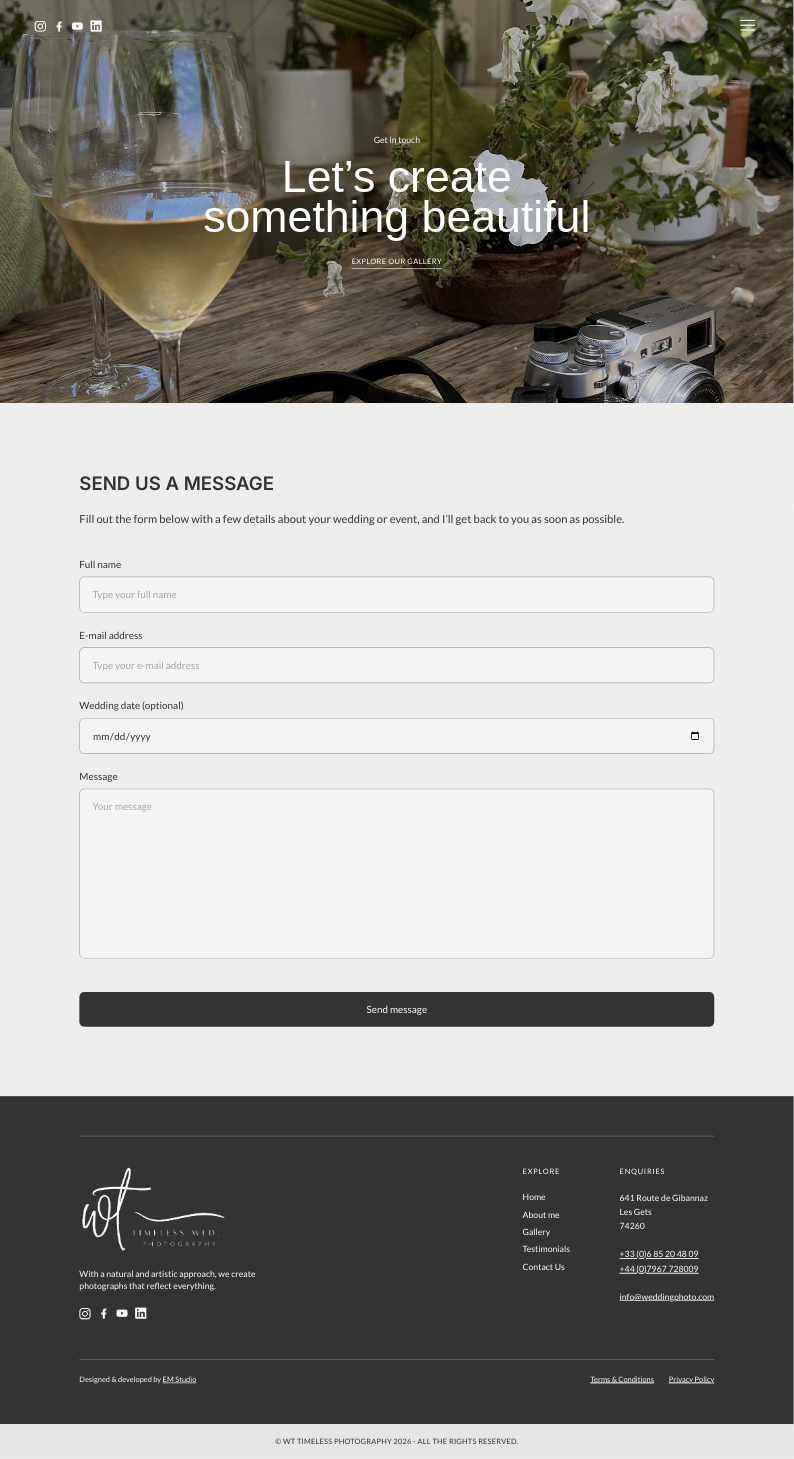
Repository: eduarda-magnago/wt-photography
Page: /contact
These files come from the project's save history. The page is drawn as it stood at one moment and after the next save; the edit follows.
The browser window is 1280 px wide. The pictures show the whole page, at 62% of full size.
Some web fonts or font styles are not loaded; a fallback is used. The project was rebuilt for these pictures with package versions that can differ from the ones it lists, and the page was loaded fresh each time. The framework's server and built-in components were replaced by stand-ins that run in the browser. Also part of the build but not shown: next.config.ts.

Above is the page before, as saved 2026-10-14 12:19:39.

### app/layout.tsx
import type { Metadata } from "next";
import { Inter, Lato, Cormorant_SC } from "next/font/google";
import Header from "@/components/layout/header";
import Footer from "@/components/layout/footer";
import "./globals.css";

const inter = Inter({
  subsets: ["latin"],
  variable: "--font-inter",
});

const lato = Lato({
  subsets: ["latin"],
  weight: ["300", "400", "700"],
  variable: "--font-lato",
});

const cormorant = Cormorant_SC({
  subsets: ["latin"],
  weight: ["300", "400", "500"],
  variable: "--font-cormorant",
});

export const metadata: Metadata = {
  title: "WT Timeless Photography",
  description: "Timeless wedding photography",
};

export default function RootLayout({
  children,
}: {
  children: React.ReactNode;
}) {
  return (
    <html
      lang="en"
      className={`${inter.variable} ${lato.variable} ${cormorant.variable}`}
    >
      <body className="font-sans antialiased">
        <Header />
        <main>{children}</main>
        <Footer />
      </body>
    </html>
  );
}

### app/contact/page.tsx
import Hero from "@/components/hero";
import ContactForm from "@/components/contact/contactForm";

export default function Contact() {
  return (
    <>
      <Hero
        eyebrow="Get in touch"
        title="Let’s create something beautiful"
        image="/img/hero-bg.jpg"
      />
      <section className="bg-sand px-6 py-20 md:px-14 md:py-28">
        <div className="mx-auto max-w-5xl">
          <h2 className="font-heading text-2xl font-semibold uppercase md:text-3xl">
            Send us a message
          </h2>
          <p className="mt-6 text-lg">
            Fill out the form below with a few details about your wedding or
            event, and I’ll get back to you as soon as possible.
          </p>
          <ContactForm />
        </div>
      </section>
    </>
  );
}

### components/layout/header.tsx
"use client";

import { useState } from "react";
import Image from "next/image";
import Link from "next/link";

const navLinks = [
  { label: "Home", href: "/" },
  { label: "About me", href: "/#about" },
  { label: "Gallery", href: "/#gallery" },
  { label: "Testimonials", href: "/#testimonials" },
  { label: "Contact Us", href: "/contact" },
];

export default function Header() {
  const [open, setOpen] = useState(false);

  return (
    <header className="absolute inset-x-0 top-0 z-30">
      <div className="flex items-start justify-between px-6 py-8 md:px-14">
        <ul className="flex items-center gap-3">
          <li>
            <a
              href="#"
              aria-label="Instagram"
              className="relative block h-[19px] w-[18px] transition-opacity hover:opacity-70"
            >
              <Image
                src="/img/instagram.png"
                alt=""
                fill
                sizes="18px"
                className="object-contain"
              />
            </a>
          </li>
          <li>
            <a
              href="#"
              aria-label="Facebook"
              className="relative block h-[18px] w-[18px] transition-opacity hover:opacity-70"
            >
              <Image
                src="/img/facebook.png"
                alt=""
                fill
                sizes="18px"
                className="object-contain"
              />
            </a>
          </li>
          <li>
            <a
              href="#"
              aria-label="YouTube"
              className="relative block h-[18px] w-[18px] transition-opacity hover:opacity-70"
            >
              <Image
                src="/img/youtube.png"
                alt=""
                fill
                sizes="18px"
                className="object-contain"
              />
            </a>
          </li>
          <li>
            <a
              href="#"
              aria-label="LinkedIn"
              className="relative block h-[18px] w-[18px] transition-opacity hover:opacity-70"
            >
              <Image
                src="/img/linkedin.png"
                alt=""
                fill
                sizes="18px"
                className="object-contain"
              />
            </a>
          </li>
        </ul>

        <button
          type="button"
          onClick={() => setOpen(true)}
          aria-label="Open menu"
          className="relative block h-6 w-9 transition-opacity hover:opacity-70"
        >
          <Image
            src="/img/menu.png"
            alt=""
            fill
            sizes="36px"
            className="object-contain"
          />
        </button>
      </div>

      {open && (
        <div className="fixed inset-0 z-40 flex items-center justify-center bg-ink/95">
          <button
            type="button"
            onClick={() => setOpen(false)}
            aria-label="Close menu"
            className="absolute right-6 top-8 text-3xl text-white md:right-14"
          >
            ✕
          </button>
          <nav>
            <ul className="flex flex-col items-center gap-8">
              {navLinks.map((link) => (
                <li key={link.label}>
                  <Link
                    href={link.href}
                    onClick={() => setOpen(false)}
                    className="font-heading text-2xl text-white"
                  >
                    {link.label}
                  </Link>
                </li>
              ))}
            </ul>
          </nav>
        </div>
      )}
    </header>
  );
}

### components/layout/footer.tsx
import Image from "next/image";
import Link from "next/link";

const exploreLinks = [
  { label: "Home", href: "/" },
  { label: "About me", href: "/#about" },
  { label: "Gallery", href: "/#gallery" },
  { label: "Testimonials", href: "/#testimonials" },
  { label: "Contact Us", href: "/contact" },
];

export default function Footer() {
  return (
    <footer>
      <div className="bg-ink px-6 py-16 text-sm text-white md:px-14">
        <div className="mx-auto max-w-5xl">
          <div className="border-t border-white/30 pt-12">
            <div className="grid gap-12 md:grid-cols-[1fr_auto_auto] md:gap-20">
              <div>
                <Image
                  src="/img/logo.png"
                  alt="WT Timeless Photography"
                  width={240}
                  height={110}
                />
                <p className="mt-6 max-w-xs">
                  With a natural and artistic approach, we create photographs
                  that reflect everything.
                </p>
                <ul className="mt-6 flex items-center gap-3">
                  <li>
                    <a href="#" aria-label="Instagram" className="transition-opacity hover:opacity-70">
                      <Image src="/img/instagram.png" alt="" width={18} height={18} />
                    </a>
                  </li>
                  <li>
                    <a href="#" aria-label="Facebook"
                      className="relative block h-[18px] w-[18px] transition-opacity hover:opacity-70"
                    >
                      <Image src="/img/facebook.png" alt="" fill sizes="18px" className="object-contain"/>
                    </a>
                  </li>
                  <li>
                    <a href="#" aria-label="YouTube" className="transition-opacity hover:opacity-70">
                      <Image src="/img/youtube.png" alt="" width={18} height={18} />
                    </a>
                  </li>
                  <li>
                    <a href="#" aria-label="LinkedIn" className="transition-opacity hover:opacity-70">
                      <Image src="/img/linkedin.png" alt="" width={18} height={18} />
                    </a>
                  </li>
                </ul>
              </div>

              <div>
                <h3 className="mb-6 text-xs uppercase tracking-widest">
                  Explore
                </h3>
                <ul className="space-y-2">
                  {exploreLinks.map((link) => (
                    <li key={link.label}>
                      <Link href={link.href}>{link.label}</Link>
                    </li>
                  ))}
                </ul>
              </div>

              <div>
                <h3 className="mb-6 text-xs uppercase tracking-widest">
                  Enquiries
                </h3>
                <address className="not-italic leading-relaxed">
                  641 Route de Gibannaz
                  <br />
                  Les Gets
                  <br />
                  74260
                </address>
                <div className="mt-6 flex flex-col gap-1 underline">
                  <a href="tel:+33685204809">+33 (0)6 85 20 48 09</a>
                  <a href="tel:+447967728009">+44 (0)7967 728009</a>
                </div>
                <a
                  href="mailto:info@weddingphoto.com"
                  className="mt-6 block underline"
                >
                  info@weddingphoto.com
                </a>
              </div>
            </div>

            <div className="mt-16 flex flex-col gap-4 border-t border-white/30 pt-6 text-xs md:flex-row md:justify-between">
              <p>
                Designed &amp; developed by{" "}
                <a href="#" className="underline">
                  EM Studio
                </a>
              </p>
              <div className="flex gap-6 underline">
                <a href="#">Terms &amp; Conditions</a>
                <a href="#">Privacy Policy</a>
              </div>
            </div>
          </div>
        </div>
      </div>
      <p className="bg-neutral-200 px-6 py-5 text-center text-xs uppercase tracking-wide">
        © WT Timeless Photography 2026 - All the rights reserved.
      </p>
    </footer>
  );
}

### app/globals.css
@import "tailwindcss";

@theme inline {
  --font-sans: var(--font-lato);
  --font-heading: var(--font-inter);
  --font-hero: var(--font-cormorant);

  --color-ink: #333333;
  --color-sand: #ededeb;
  --color-paper: #fafafa;
  --color-blush: #f4e6dc;
}

html {
  scroll-behavior: smooth;
}

body {
  background: var(--color-paper);
  color: var(--color-ink);
}

### components/hero.tsx
import Image from "next/image";
import Link from "next/link";

type HeroProps = {
  eyebrow: string;
  title: string;
  image: string;
  ctaLabel?: string;
  ctaHref?: string;
};

export default function Hero({
  eyebrow,
  title,
  image,
  ctaLabel = "Explore our gallery",
  ctaHref = "/#gallery",
}: HeroProps) {
  return (
    <section className="relative flex h-[70vh] min-h-[650px] items-center justify-center overflow-hidden">
      <Image
        src="/img/hero.png"
        alt=""
        fill
        priority
        sizes="100vw"
        className="object-cover"
      />
      <div className="absolute inset-0 bg-black/20" />
      <div className="relative z-10 flex max-w-3xl flex-col items-center px-6 text-center text-white">
        <p className="mb-4 text-sm">{eyebrow}</p>
        <h1 className="font-hero text-5xl leading-[0.9] md:text-7xl">
          {title}
        </h1>
        <Link
          href={ctaHref}
          className="mt-8 border-b border-white pb-1 text-xs uppercase tracking-wider"
        >
          {ctaLabel}
        </Link>
      </div>
    </section>
  );
}

### components/contact/contactForm.tsx
"use client";

const fieldClass =
  "mt-2 w-full rounded-lg border border-ink/40 bg-white/40 px-5 py-4 text-base outline-none placeholder:text-ink/40 focus:border-ink";

export default function ContactForm() {
  function handleSubmit(event: React.FormEvent<HTMLFormElement>) {
    event.preventDefault();
  }

  return (
    <form onSubmit={handleSubmit} className="mt-12 space-y-6">
      <div>
        <label htmlFor="name">Full name</label>
        <input
          id="name"
          name="name"
          type="text"
          placeholder="Type your full name"
          required
          className={fieldClass}
        />
      </div>

      <div>
        <label htmlFor="email">E-mail address</label>
        <input
          id="email"
          name="email"
          type="email"
          placeholder="Type your e-mail address"
          required
          className={fieldClass}
        />
      </div>

      <div>
        <label htmlFor="date">Wedding date (optional)</label>
        <input
          id="date"
          name="date"
          type="date"
          className={fieldClass}
        />
      </div>

      <div>
        <label htmlFor="message">Message</label>
        <textarea
          id="message"
          name="message"
          placeholder="Your message"
          rows={10}
          required
          className={`${fieldClass} resize-none`}
        />
      </div>

      <button
        type="submit"
        className="mt-6 w-full rounded-lg bg-ink py-4 text-white transition-opacity hover:opacity-90"
      >
        Send message
      </button>
    </form>
  );
}

After the next save:
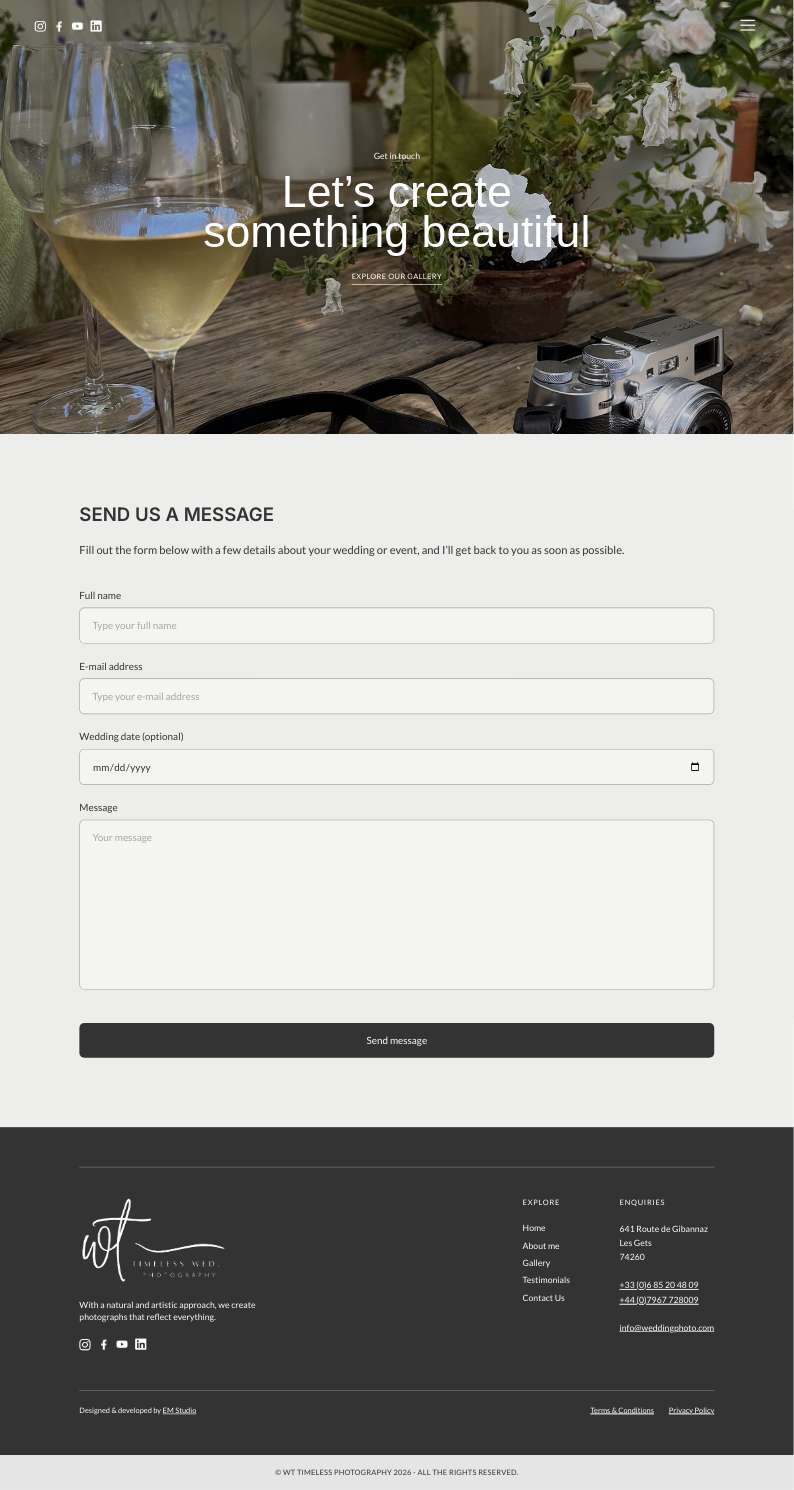
Saved 12 s later.
--- a/components/hero.tsx
+++ b/components/hero.tsx
@@ -17,7 +17,7 @@ export default function Hero({
   ctaHref = "/#gallery",
 }: HeroProps) {
   return (
-    <section className="relative flex h-[70vh] min-h-[650px] items-center justify-center overflow-hidden">
+    <section className="relative flex h-[70vh] min-h-[700px] items-center justify-center overflow-hidden">
       <Image
         src="/img/hero.png"
         alt=""
